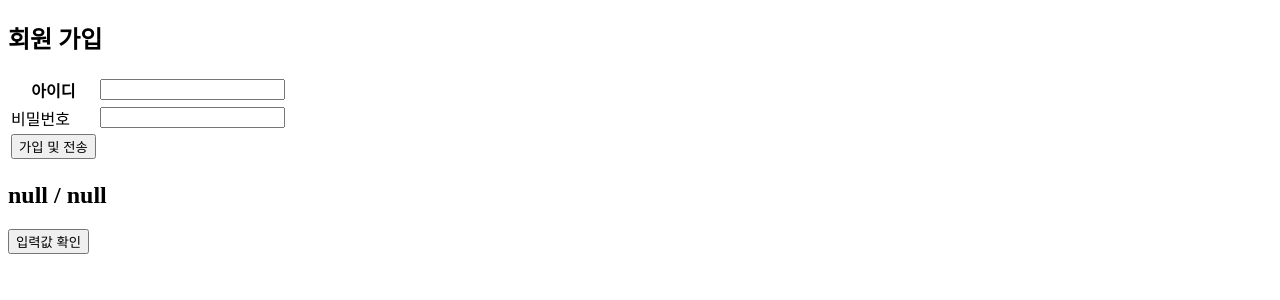
Repository: back-seung/academy
Page: http://localhost/SpringDay01/memberInputForm
The author's editor kept a copy of each file at every save. The page is drawn from the files as they stood at one save, then again after the next save.
The browser window is 1280 px wide. The pictures show the whole page.
The page is served by Tomcat 9.

Above is the page before, as saved 2021-11-22 12:29:13.

After the next save:
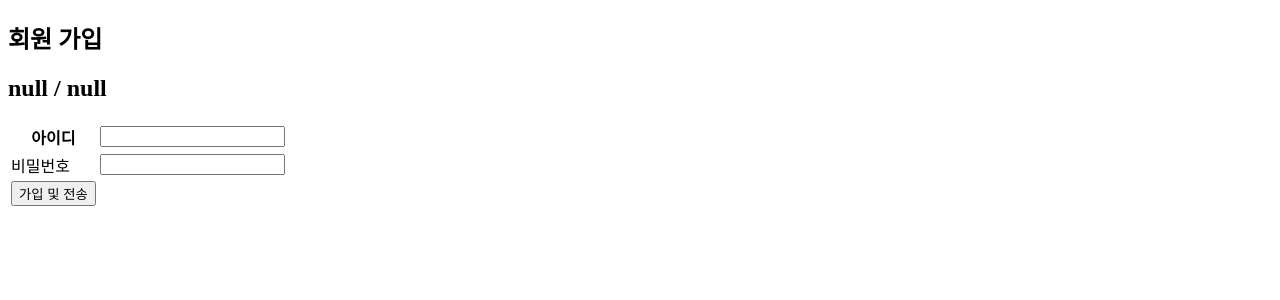
Saved 73 s later.
--- a/SpringDay01/src/main/webapp/WEB-INF/views/memberInput.jsp
+++ b/SpringDay01/src/main/webapp/WEB-INF/views/memberInput.jsp
@@ -9,6 +9,7 @@
   <body>
     <form action="memberListForm" method="GET">
       <h2>회원 가입</h2>
+      <h2 id="print">${print}</h2>
       <table>
         <tr>
           <th>아이디</th>
@@ -23,10 +24,6 @@
         </tr>
       </table>
     </form>
-    <form action="memberInputForm" method ="GET">
-      <h2 id="print">${print}</h2>
-    <input type ="submit" value ="입력값 확인" />
-    </form>
     <script>
     </script>
   </body>
